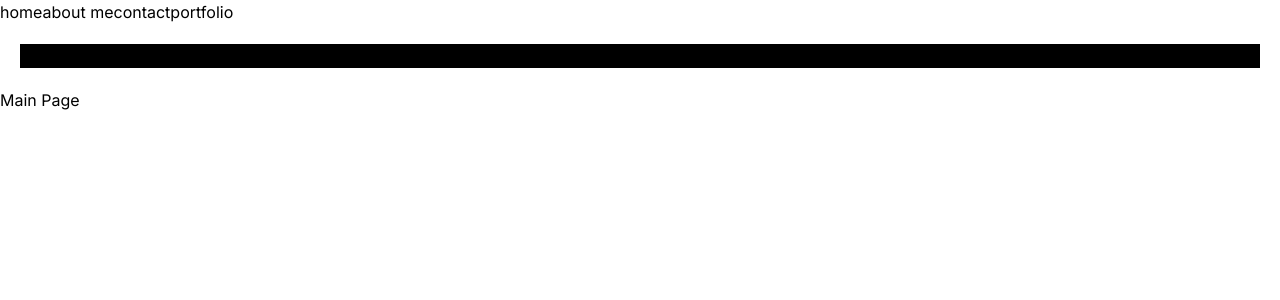
Repository: hubertrh/klaudia-personal-next
Page: /
An editor plug-in stored every save of this project. The page is shown before and after the next save, followed by the edit.
The browser window is 1280 px wide. The pictures show the whole page.
The project was rebuilt for these pictures with package versions that can differ from the ones it lists, and the page was loaded fresh each time. The framework's server and built-in components were replaced by stand-ins that run in the browser. Also part of the build but not shown: next.config.js.

Above is the page before, as saved 2023-08-11 09:51:09.

After the next save:
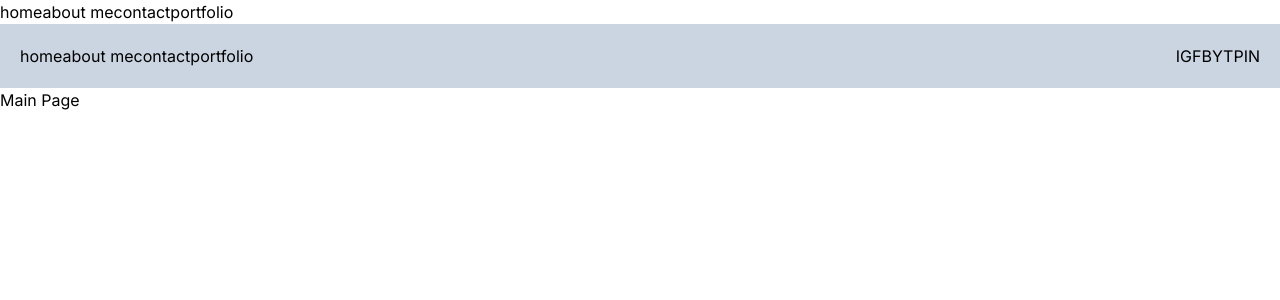
Saved 38 s later.
--- a/app/(site)/layout.tsx
+++ b/app/(site)/layout.tsx
@@ -18,7 +18,7 @@ export default function RootLayout({
   return (
     <html lang="en">
       <body className={inter.className}>
-        <header className="m-5 flex justify-between bg-black">
+        <header className="flex justify-between bg-slate-300 p-5">
           <nav>
             <Link href="#!">home</Link>
             <Link href="#!">about me</Link>
